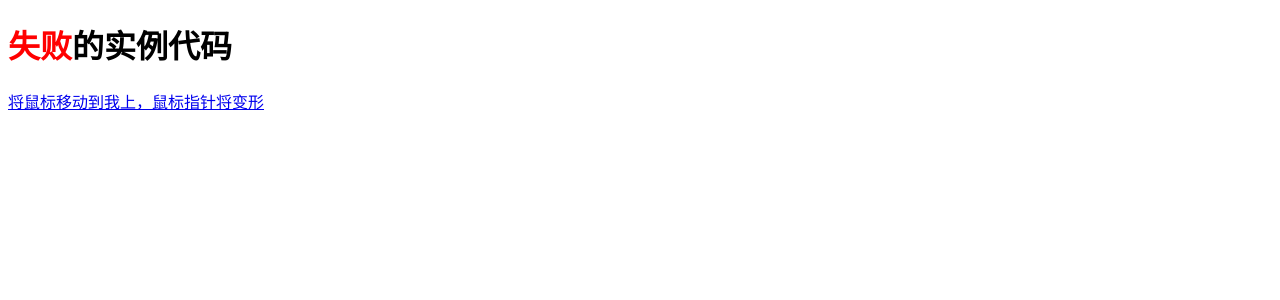
Repository: bookFireFly/bookFireFly
Page: HtmlAndCSS/改变鼠标的形状 失败的实例代码.html
The author's editor kept a copy of each file at every save. The page is drawn from the files as they stood at one save, then again after the next save.
The browser window is 1280 px wide. The pictures show the whole page.

Above is the page before, as saved 2017-10-18 07:39:22.

After the next save:
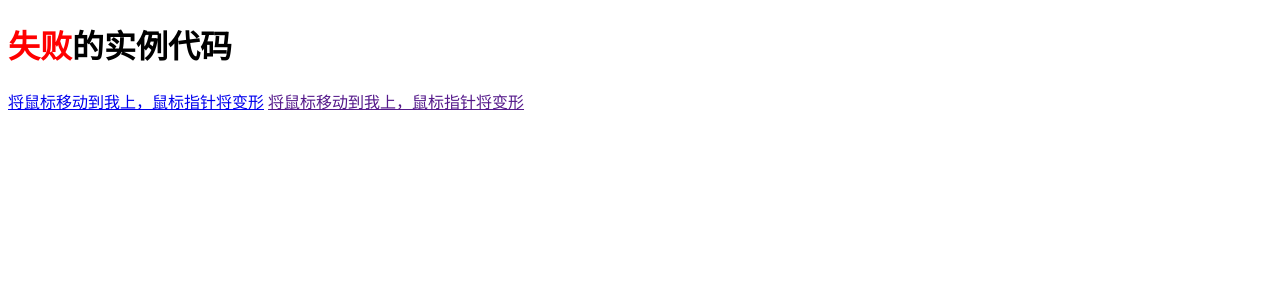
Saved 8 s later.
--- a/HtmlAndCSS/改变鼠标的形状 失败的实例代码.html
+++ b/HtmlAndCSS/改变鼠标的形状 失败的实例代码.html
@@ -7,5 +7,6 @@
 <body>
 <h1><font color="red">失败</font>的实例代码</h1>
 <a href="#" style="cursor:url(note.ico);">将鼠标移动到我上，鼠标指针将变形</a>
+<a href="" style="cursor:url(note.ico);">将鼠标移动到我上，鼠标指针将变形</a>
 </body>
 </html>
